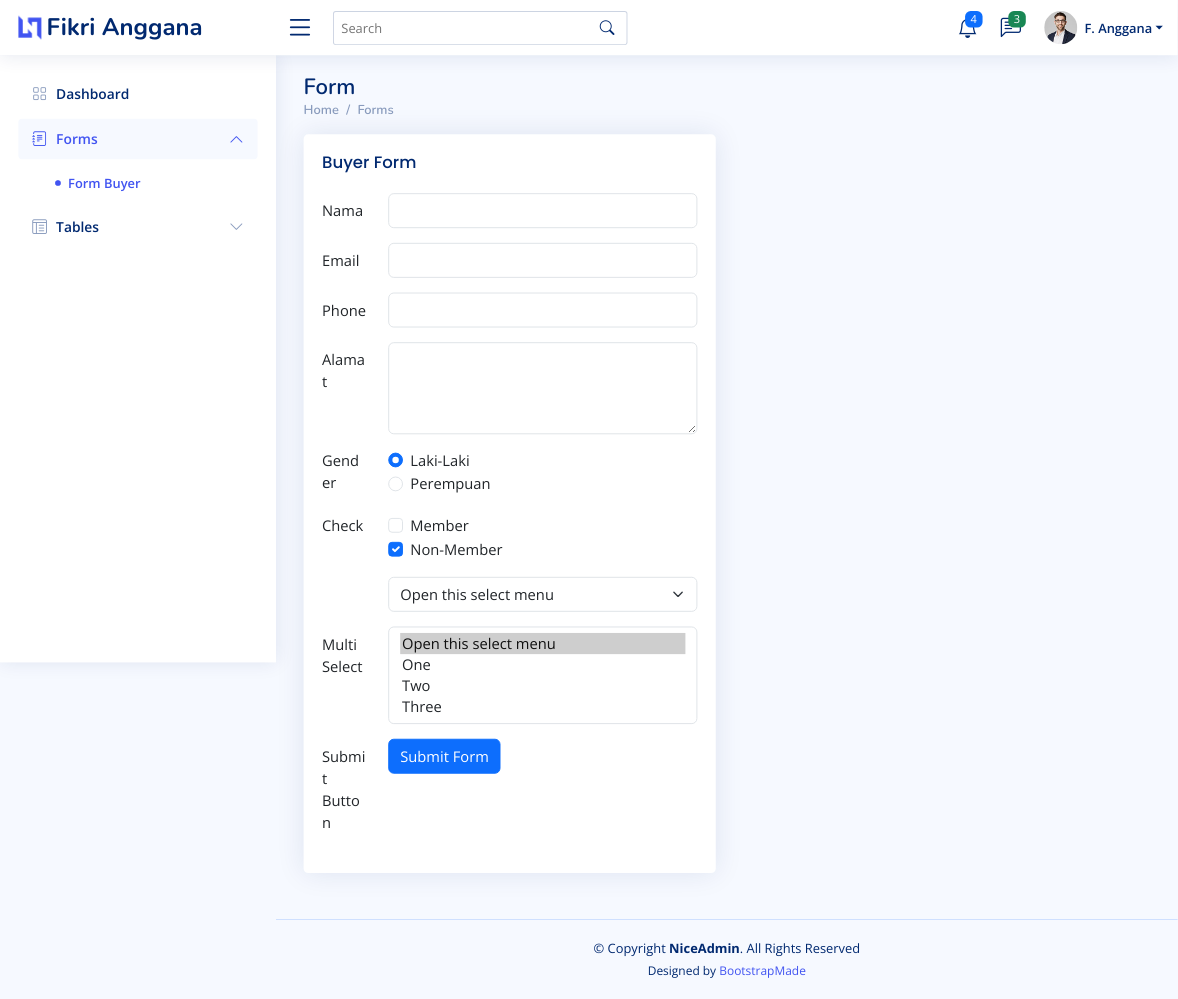
Repository: fikrianggana/PRG4_M2_P1_088
Page: NiceAdmin/forms-elements.html
The author's editor kept a copy of each file at every save. The page is drawn from the files as they stood at one save, then again after the next save.
The browser window is 1280 px wide. The pictures show the whole page, at 92% of full size.

Above is the page before, as saved 2023-09-19 23:34:43.

After the next save:
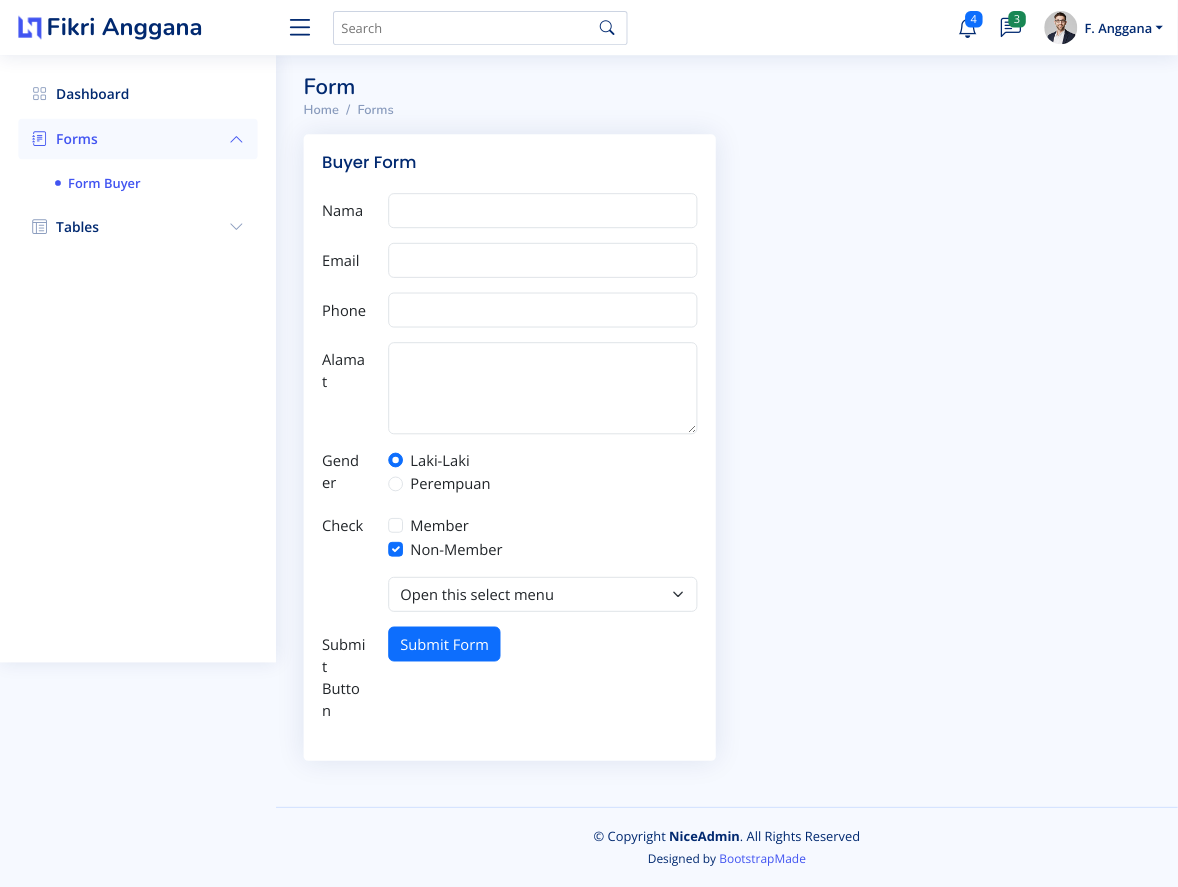
Saved 11 s later.
--- a/NiceAdmin/forms-elements.html
+++ b/NiceAdmin/forms-elements.html
@@ -400,18 +400,6 @@
                   <label class="col-sm-2 col-form-label"></label>
                   <div class="col-sm-10">
                     <select class="form-select" aria-label="Default select example">
-                      <option selected>Open this select menu</option>
-                      <option value="1">One</option>
-                      <option value="2">Two</option>
-                      <option value="3">Three</option>
-                    </select>
-                  </div>
-                </div>
-
-                <div class="row mb-3">
-                  <label class="col-sm-2 col-form-label">Multi Select</label>
-                  <div class="col-sm-10">
-                    <select class="form-select" multiple aria-label="multiple select example">
                       <option selected>Open this select menu</option>
                       <option value="1">One</option>
                       <option value="2">Two</option>
